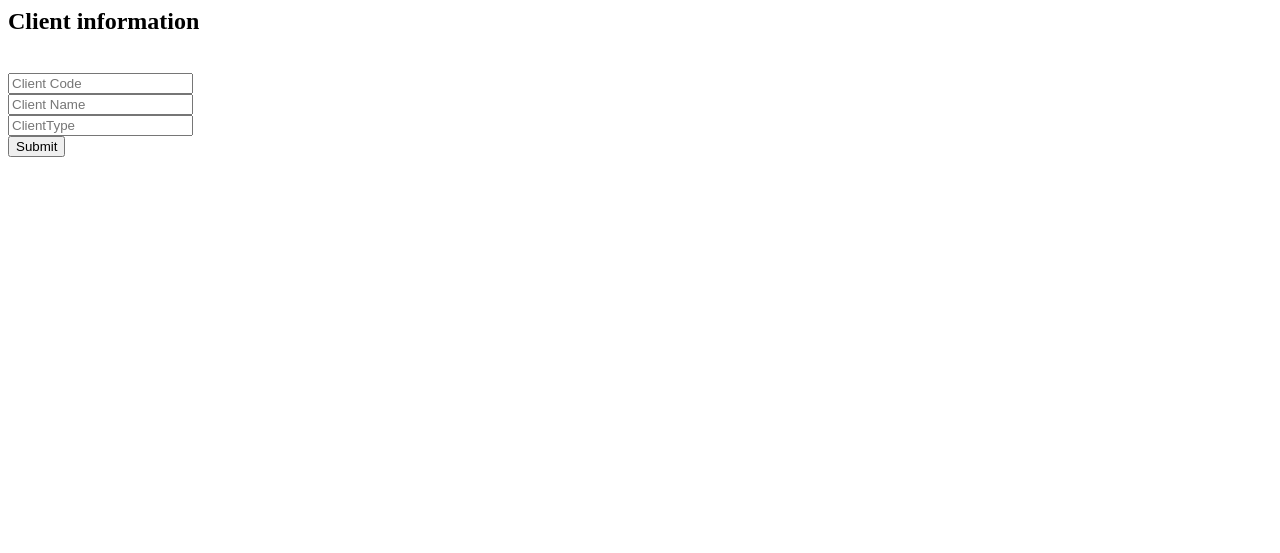
Repository: Kdewitt2/solarPV_DeWitt
Page: mysite/productForm/templates/clientForm/index.html
The author's editor kept a copy of each file at every save. The page is drawn from the files as they stood at one save, then again after the next save.
The browser window is 1280 px wide. The pictures show the whole page.

Above is the page before, as saved 2020-05-04 18:57:02.

### mysite/productForm/templates/clientForm/index.html

<!---------------->
<!--Client Form-->
<!---------------->
<section>
<body>
    <div id="container">
        <div id="main">
            <form>
            <h1>Client information</h1> <br>
            <input type="text" name="clientCode" placeholder="Client Code" required><br>
            <input type="text" name="clientName" placeholder="Client Name" required><br>
            <input type="text" name="clientType" placeholder= "ClientType"><br>
            <input type="submit" value="Submit">
        </form>

        </div>
    </div>
</body>
</section>

After the next save:
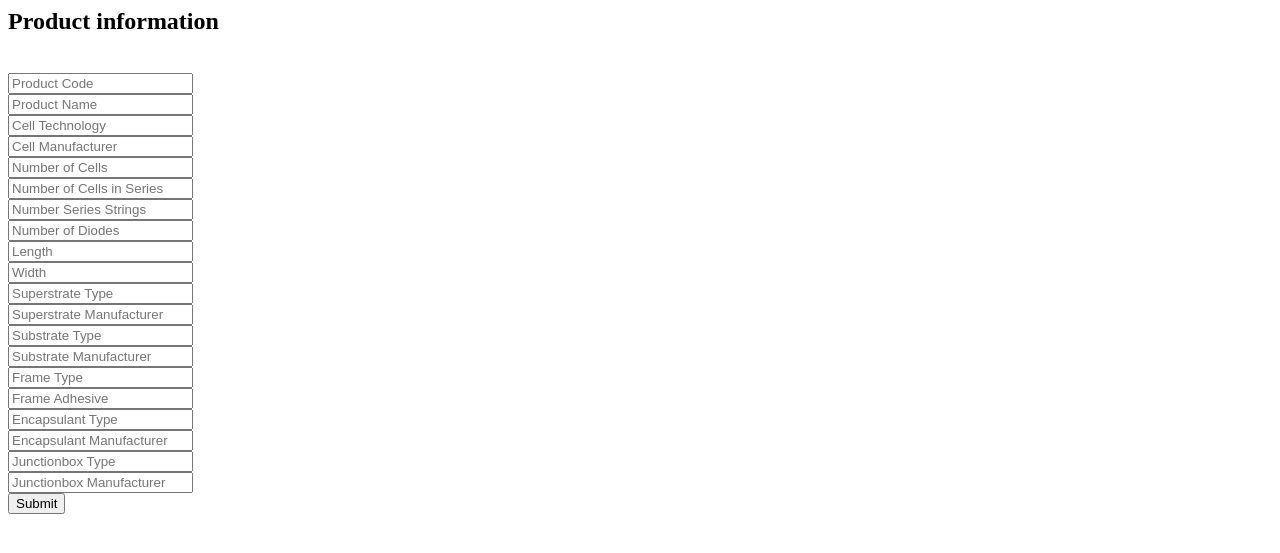
Saved 12 min 43 s later.
--- a/mysite/productForm/templates/clientForm/index.html
+++ b/mysite/productForm/templates/clientForm/index.html
@@ -1,19 +1,35 @@
 
 <!---------------->
-<!--Client Form-->
+<!--Product Form-->
 <!---------------->
 <section>
 <body>
     <div id="container">
         <div id="main">
             <form>
-            <h1>Client information</h1> <br>
-            <input type="text" name="clientCode" placeholder="Client Code" required><br>
-            <input type="text" name="clientName" placeholder="Client Name" required><br>
-            <input type="text" name="clientType" placeholder= "ClientType"><br>
+            <h1>Product information</h1> <br>
+            <input type="text" name="productCode" placeholder="Product Code" required><br>
+            <input type="text" name="productName" placeholder="Product Name" required><br>
+            <input type="text" name="cellTech" placeholder= "Cell Technology"><br>
+            <input type="text" name="cellManuf" placeholder= "Cell Manufacturer"><br>
+            <input type="text" name="numCells" placeholder= "Number of Cells"><br>
+            <input type="text" name="numCellsSeries" placeholder= "Number of Cells in Series"><br>
+            <input type="text" name="numSeriesStrings" placeholder= "Number Series Strings"><br>
+            <input type="text" name="numDiodes" placeholder= "Number of Diodes"><br>
+            <input type="text" name="prodLength" placeholder= "Length"><br>
+            <input type="text" name="prodWidth" placeholder= "Width"><br>
+            <input type="text" name="superstrateType" placeholder= "Superstrate Type"><br>
+            <input type="text" name="superstrateManuf" placeholder= "Superstrate Manufacturer"><br>
+            <input type="text" name="substrateType" placeholder= "Substrate Type"><br>
+            <input type="text" name="substrateManuf" placeholder= "Substrate Manufacturer"><br>
+            <input type="text" name="frameType" placeholder= "Frame Type"><br>
+            <input type="text" name="frameAdhesive" placeholder= "Frame Adhesive"><br>
+            <input type="text" name="encapsulantType" placeholder= "Encapsulant Type"><br>
+            <input type="text" name="encapsulantManuf" placeholder= "Encapsulant Manufacturer"><br>
+            <input type="text" name="junctionBoxType" placeholder= "Junctionbox Type"><br>
+            <input type="text" name="junctionBoxManuf" placeholder= "Junctionbox Manufacturer"><br>
             <input type="submit" value="Submit">
         </form>
-
         </div>
     </div>
 </body>
